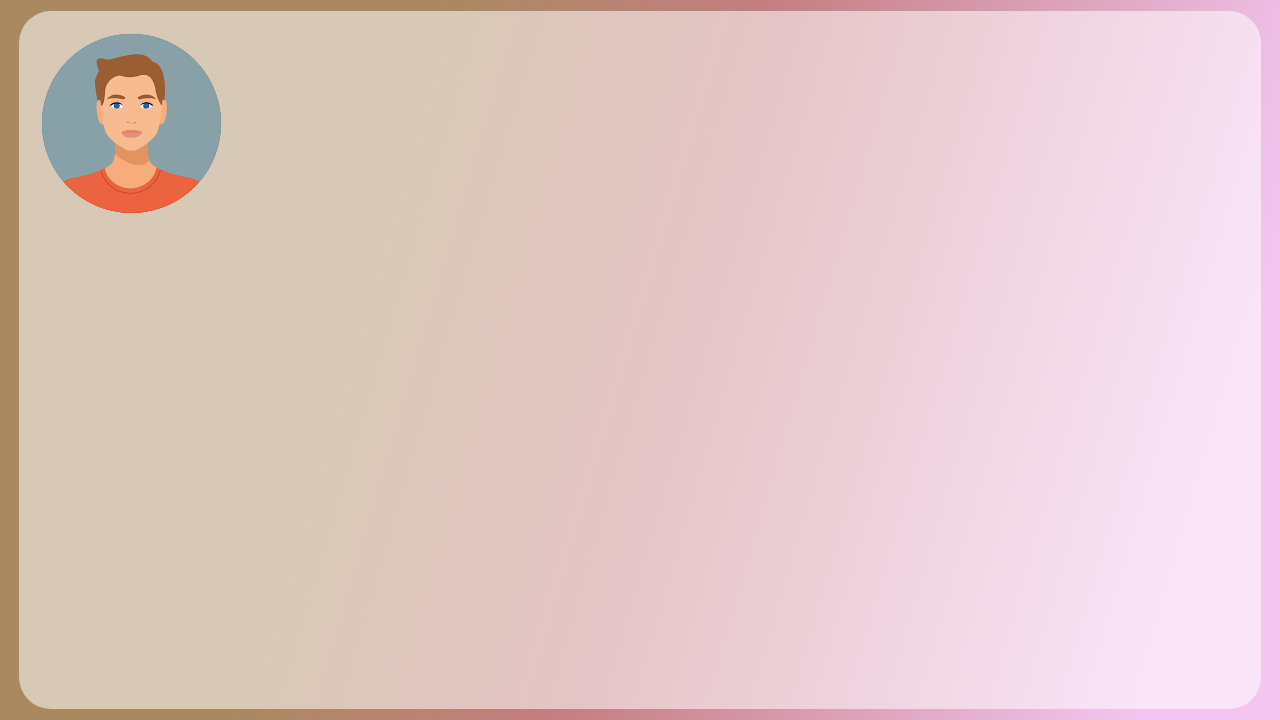
Repository: Zeeohn/react-admin-dash1
Page: /
The author's editor kept a copy of each file at every save. The page is drawn from the files as they stood at one save, then again after the next save.
The browser window is 1280 px wide. The pictures show the whole page.
The project was rebuilt for these pictures with package versions that can differ from the ones it lists, and the page was loaded fresh each time. Also part of the build but not shown: src/components/sidebar/Sidebar.css.

Above is the page before, as saved 2022-05-20 11:43:05.

After the next save:
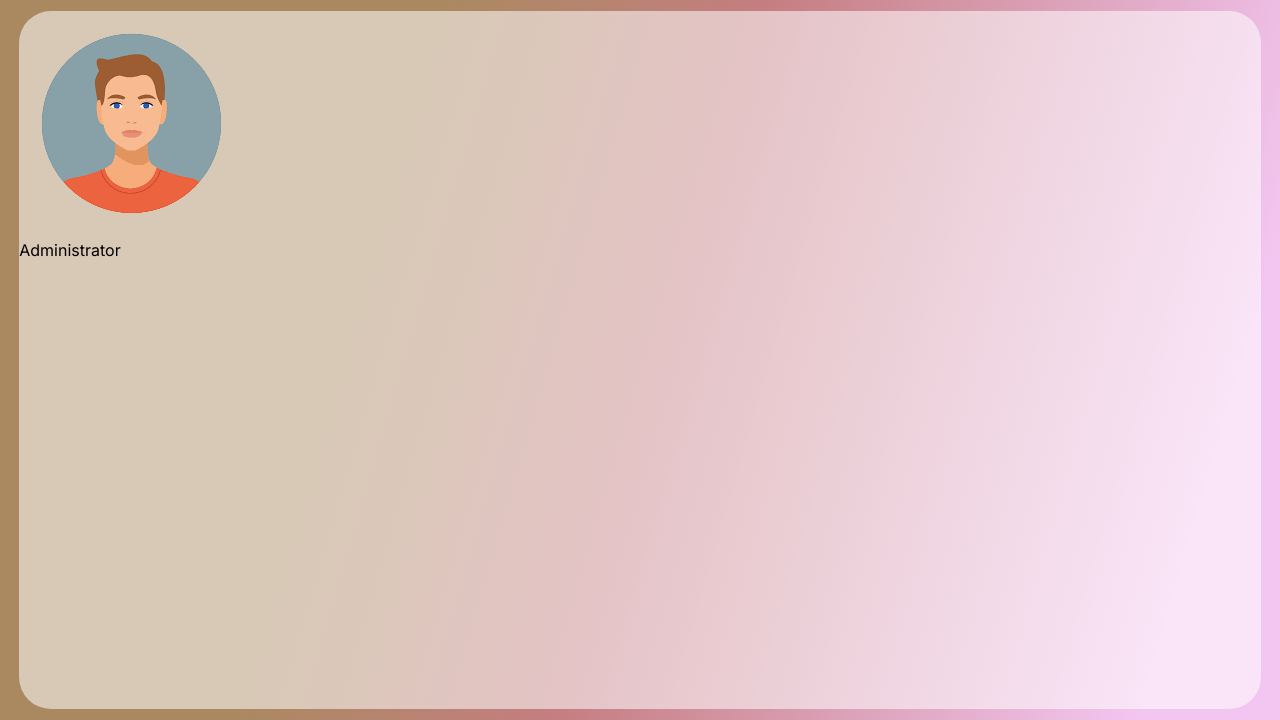
Saved 107 s later.
--- a/src/components/sidebar/Sidebar.jsx
+++ b/src/components/sidebar/Sidebar.jsx
@@ -8,7 +8,9 @@ const Sidebar = () => {
       {/*logo*/}
       <div className="logo">
         <img src={Placeholder} alt="Admin placeholder" />
-        <span></span>
+        <span>
+          Admin<span>istrator</span>
+        </span>
       </div>
     </div>
   );
